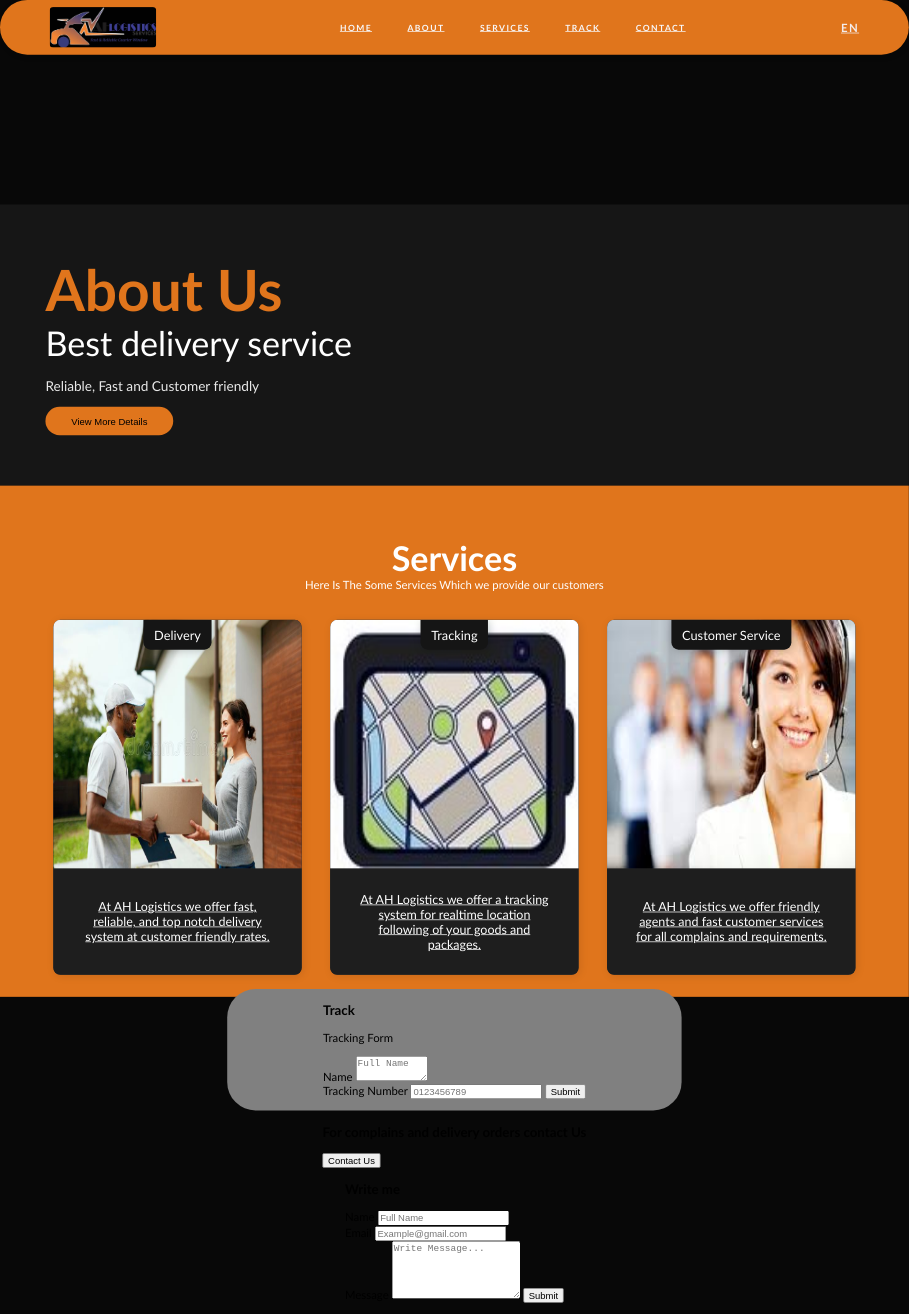
Repository: TheSecretlifeOfX/Ah-Logistics
Page: index.html
An editor plug-in stored every save of this project. The page is shown before and after the next save, followed by the edit.
The browser window is 1280 px wide. The pictures show the whole page, at 71% of full size.

Above is the page before, as saved 2022-03-02 14:52:29.

### index.html
<html>
<head>
<meta charset="utf-8">
<meta http-equiv="X-UA-Compatible" content="IE-edge">
<meta name="viewport" content="width=device-width, intial-scale=1.0">
<title>Logistics Website</title>
<link rel="stylesheet" href="./css/home.css">
</head>
<body>
<section id="main">
	<nav>
	<a href="#" class="logo"><img src="images/logo.jpg"></a>
	<div class="toggle"></div>
	<ul class="menu">
	<li class="active"><a href="#main" >Home</a></li>
	<li><a href="#about">About</a></li>
	<li><a href="#services">Services</a></li>
	<li><a href="#Tracking-Form">Track</a></li>
    <li><a href="#contact-form">Contact</a></li>
	</ul>
	<a href="#" class="lang">En</a>
	</nav>
    </section>
</div>
<section id="about">
	<div class="about-text">
	<h1>About Us</h1>
	<h2>Best delivery service</h2>
	<p>Reliable, Fast and Customer friendly</p>
	<button>View More Details</button>
	</div>
</section>
<section id="services">
<div class="s-heading">
<h1>Services</h1>
<p>Here Is The Some Services Which we provide our customers</p>
</div>
<div class="b-container">
<div class="s-box">
<div class="s-b-img">
    <div class="s-type">Delivery</div>
    <img src="images/delivery.jpg">
</div>
<div class="s-b-text">
<a href="#">At AH Logistics we offer fast, reliable, and top notch delivery system at customer friendly rates.</a>
</div>
</div>
<div class="s-box">
<div class="s-b-img">
    <div class="s-type">Tracking</div>
    <img src="images/track.jpg">
</div>
<div class="s-b-text">
<a href="#">At AH Logistics we offer a tracking system for realtime location following of your goods and packages.</a>
</div>
</div>
<div class="s-box">
<div class="s-b-img">
    <div class="s-type">Customer Service</div>
    <img src="images/customer.jpg">
</div>
<div class="s-b-text">
<a href="#">At AH Logistics we offer friendly agents and fast customer services for all complains and requirements.</a>
</div>
</div>
</div>
</div>
<section id=Tracking-Form>
<form>
<div class="Track-left">
<h1 class=T-1-Heading>Track</h1>
<p class=T-2-Body>Tracking Form</p></div>
<div class="Track-right">
	<div class="C-Name">
	<font >Name</font>
	<textarea name="message" rows="2" cols="10" placeholder="Full Name"></textarea>
	<div class="f-Num">
		<font >Tracking Number</font>
		<input type="Number" placeholder="0123456789"/>
	<button>Submit</button>
</section>
</form>
<section id="contact-btn">
	<h1 class="c-b-heading">For complains and delivery orders contact Us</h1>
		<button >Contact Us</button>
	</section>
<!--contact-form------------------->
<section id="contact-form">
<form>
<!--left--------------------------------------->
<div class="contact-left">
<h1 class="c-l-heading">Write me</h1>
<div class="f-name">
<font >Name</font>
<input type="text" placeholder="Full Name"/>
</div>
<div class="f-email">
<font >Email</font>
<input type="email" placeholder="Example@gmail.com"/>
</div>
</div>
<div class="contact-right">

<div class="message">
<font >Message</font>
<textarea name="message" rows="5" cols="20" placeholder="Write Message..."></textarea>
<button>Submit</button>
</div>
</form>
</section>
</section>
</body>
</html>

### css/home.css
body{
	margin:0px;
	padding:0px;
	background-color: #080808;
	background-size: 100%;
	min-height: 100vh;
	}
	#main{
		width:100%;
		height: 40vh;
		}
		nav{
			display:flex;
			justify-content: space-between;
			align-items: center;
			text-transform: uppercase;
			font-weight: 600;
			letter-spacing: 2px;
			font-family: calibri;
			top: 0;
			left: 10px;
			width:100%;
			box-sizing: border-box;
			padding: 5px 70px;
			background-color:#e0751c;
			box-shadow:2px 2px 12px rgba(0,0,0,0.05);
			z-index: 1;
			border-radius: 50px;
			}
			.menu{
			display: flex;

			}
			.menu li a{
			padding: 10px 25px;
			color:#f8f8fa;
			font-size: 12px;
			display:inline-block;
			}
			li{display:inline-block}
			.lang{
			color:#f3ecec;
			}
			.logo > img {
				width: 100%;
				height: 100%;
				max-width: 150px;
				display: flex;
				justify-content: center;
				align-items: center;
				text-align: center;
				margin-left: 0px;
				border-radius: 5px;
				 }
			.toggle{
			display: none;
			}
			.menu li a:hover{
			background-color:#292929;
			color:#FFF!important;
			font-weight: bold;
			transition: all ease 0.4s;
			}
			.lang:hover{
				background-color:#292929;
			color:#FFF!important;
			font-weight: bold;
			transition: all ease 0.4s;
			}
			#about{
				width:100%;
				height: 55vh;
				background-color:#161616;
				box-sizing: border-box;
				display: flex;
				align-items: center;
				justify-content: space-between;
				padding: 0px 5% 0px 5%;
			}
			.about-text{
				font-family: calibri;
				width: 50%;
			}
			.about-text h1{
				font-size: 5rem;
				color:#e0751c;
			}
			.about-text h2{
				font-size: 3rem;
				color:#FFFFFF;
				font-weight: 400;
			}
			.about-text h1,h2{
				margin: 0px;
				padding: 0px;
			}
			.about-text p{
				font-size: 1.2rem;
				color:rgba(255,255,255,0.90);

			}
			.about-text button{
				width: 180px;
				height: 40px;
				border-radius: 20px;
				border: none;
				outline: none;
				background-color:#e0751c;
			}
			.about-text button:hover{
				background-color: #FFFFFF;
				transition: all ease 0.3s;
			}
			#services{
				width:100%;
			height:100vh;
			box-sizing: border-box;
			font-family: calibri;
			display: flex;
			flex-direction: column;
			align-items: center;
			justify-content: center;
			padding-top: 500px ;
			background-color:#e0751c;
		}

		.s-heading h1{
			color:#FFFFFF;
			font-size: 3rem;
			margin: 0px;
			padding: 0px;

		}
		.s-heading p{
			color:rgb(255, 255, 255);
			font-size: 1rem;
			margin: 0px;
			padding: 0px;
		}
		.s-heading{
			text-align: center;
			margin: 20px 0px;
		}
		.s-box{
			background-color: #2B2B2B;
			width:350px;
			height: 500px;
			margin: 20px;
			border-radius: 10px;
			overflow: hidden;
			box-shadow: 2px 2px 12px rgba(0,0,0,0.1);
			position: relative;
		}
		.b-container{
			display: flex;
			justify-content: center;
			align-content: center;


		}
		.s-b-img{
			width: 100%;
			height: 70%;

		}
		.s-b-img img{
			width:100%;
			height: 100%;

		}
		.s-b-text{
			width: 100%;
			height: 30%;
			background-color:#1E1E1E;
			display:flex;
			justify-content: center;
			align-items: center;
			text-align: center;
		}
		.s-b-text a{
			margin: 0px;
			color:#FFFFFF;
			font-size: 1.1rem;
			font-family: calibri;
			display: block;
			display: -webkit-box;
			max-width: 80%;
			-webkit-line-clamp: 4;
			-webkit-box-orient: vertical;
			overflow: hidden;
			text-overflow: ellipsis;
		}
		.s-b-text a:hover{
			color:rgba(255,255,255,0.50)
		}
		.s-type{
			font-family: calibri;
			color:#FFFFFF;
			background-color: #151515;
			padding: 10px 15px;
			position: absolute;
			top: 0px;
			left: 50%;
			transform: translateX(-50%);
			font-size: 18px;
			border-radius: 0px 0px 10px 10px;
			box-shadow: 2px 2px 12px rgba(0,0,0,0.2);
		}
		.s-box:hover{
			transform:translateY(-10px);
			transition: all ease 0.3s;

		}
		#Tracking-Form{
			width: 50%;
			height: 100vh;
			display: flex;
			justify-content: center;
			align-items: center;
			background-color:grey;
			border-radius: 40px;
		}

After the next save:
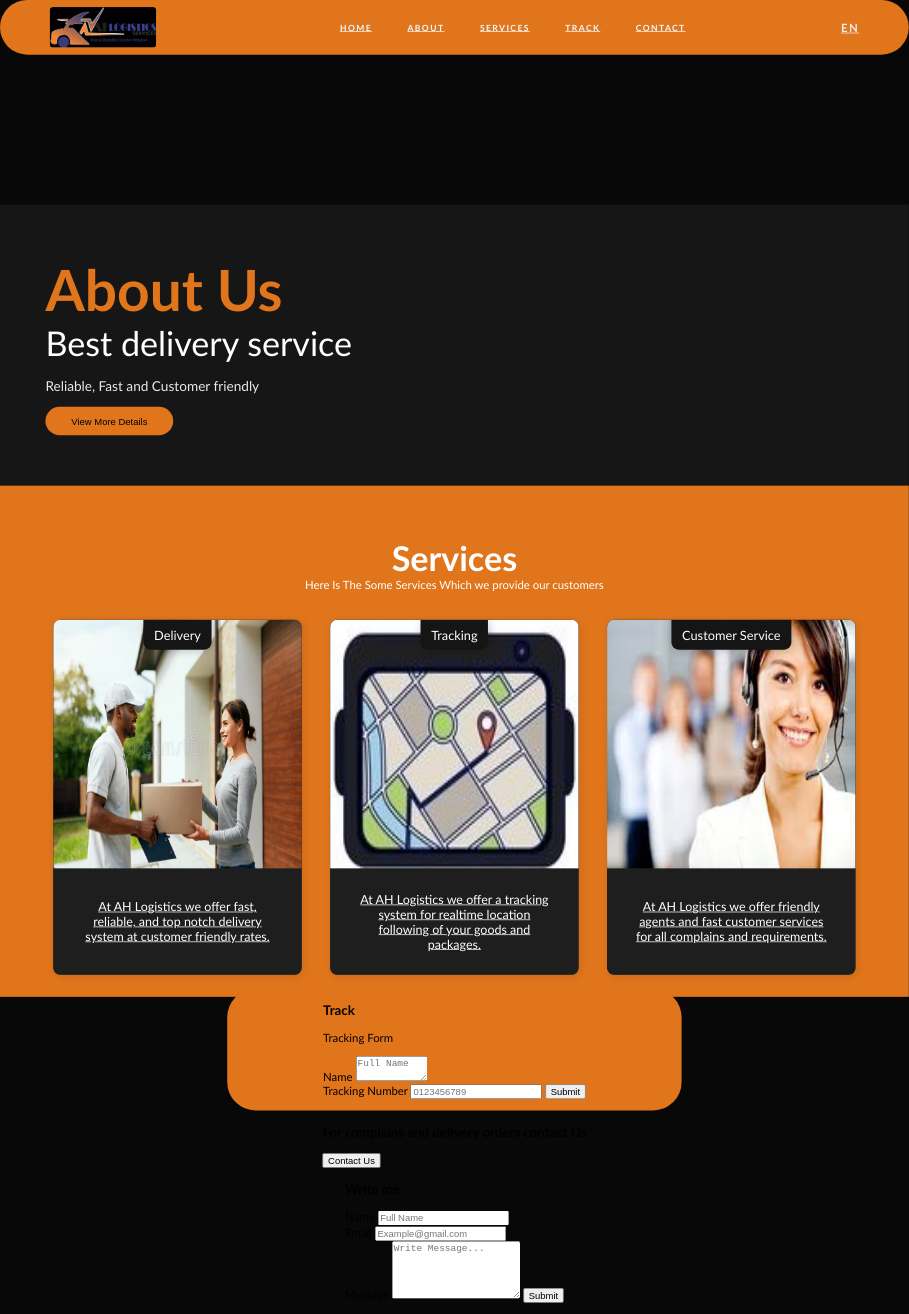
Saved 44 s later.
--- a/css/home.css
+++ b/css/home.css
@@ -217,6 +217,6 @@ body{
 			display: flex;
 			justify-content: center;
 			align-items: center;
-			background-color:grey;
+			background-color:#e0751c;
 			border-radius: 40px;
 		}
